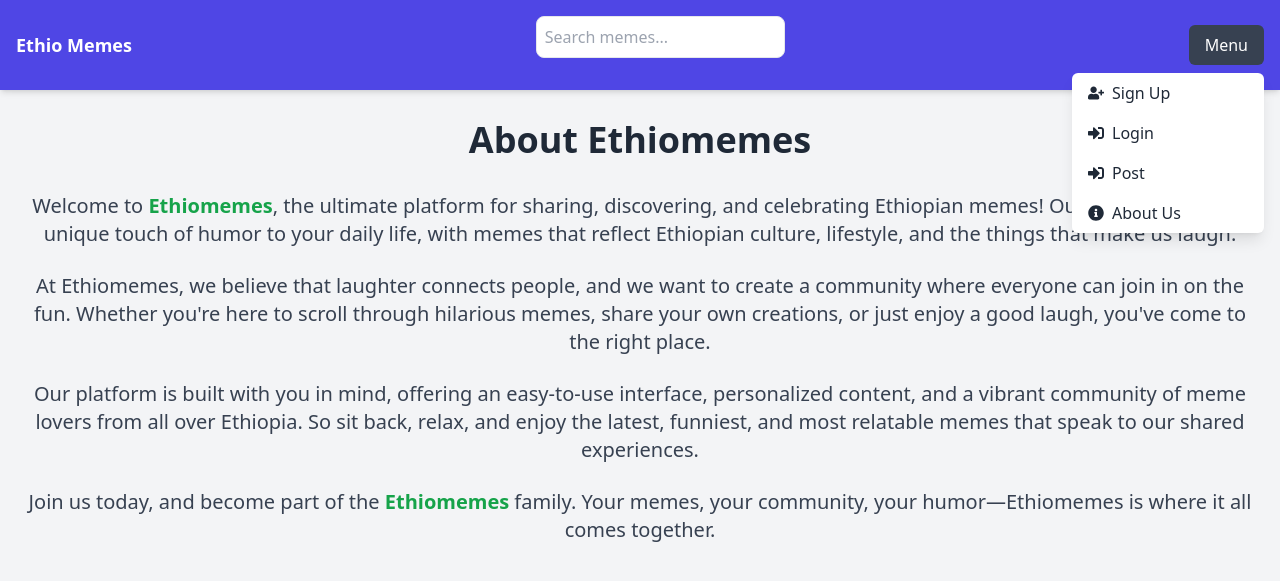
Repository: duresaguye/ethio_meme_social_media_app
Page: /about, after clicking the first element matching `button.text-white`
These files come from the project's save history. The page is drawn as it stood at one moment and after the next save; the edit follows.
The browser window is 1280 px wide. The pictures show the whole page.
The project was rebuilt for these pictures with package versions that can differ from the ones it lists, and the page was loaded fresh each time. The framework's server and built-in components were replaced by stand-ins that run in the browser. Also part of the build but not shown: next.config.mjs.

Above is the page before, as saved 2025-01-10 09:34:47.

After the next save:
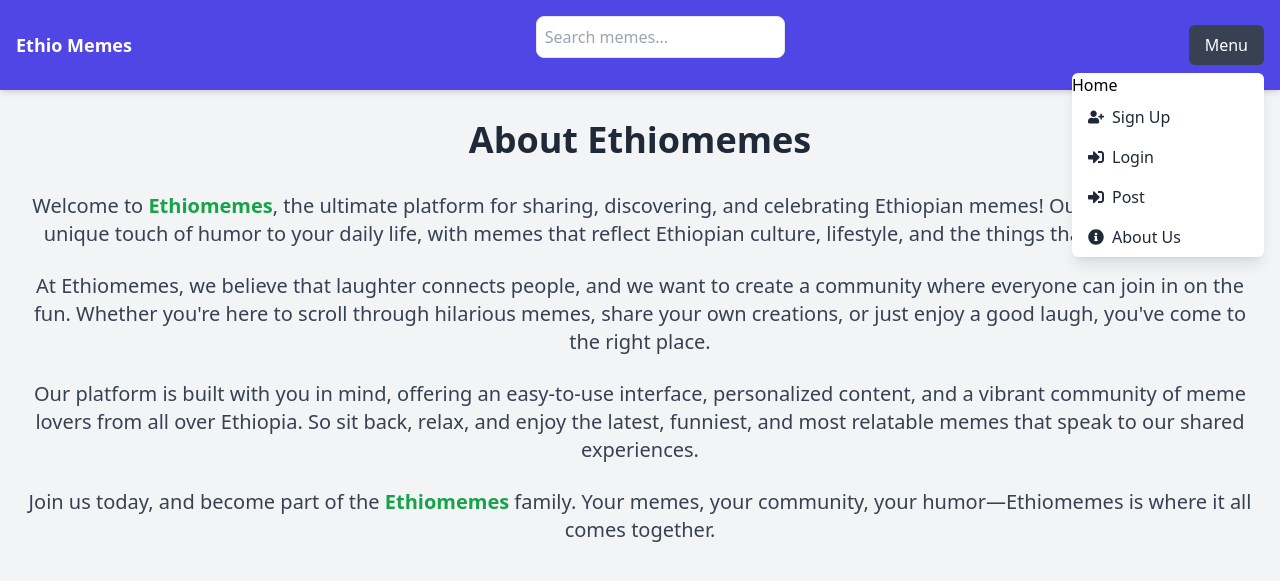
Saved 54 min 2 s later.
--- a/src/app/components/Navbar.jsx
+++ b/src/app/components/Navbar.jsx
@@ -26,6 +26,7 @@ const Navbar = () => {
                 </button>
                 {dropdownOpen && (
                     <div className="absolute right-0 mt-2 w-48 bg-white rounded-md shadow-lg">
+                        <Link href="/">Home</Link>
                         <Link href="/auth/signup" className="flex items-center px-4 py-2 text-gray-800 hover:bg-gray-200">
                             <FaUserPlus className="mr-2" /> Sign Up
                         </Link>
